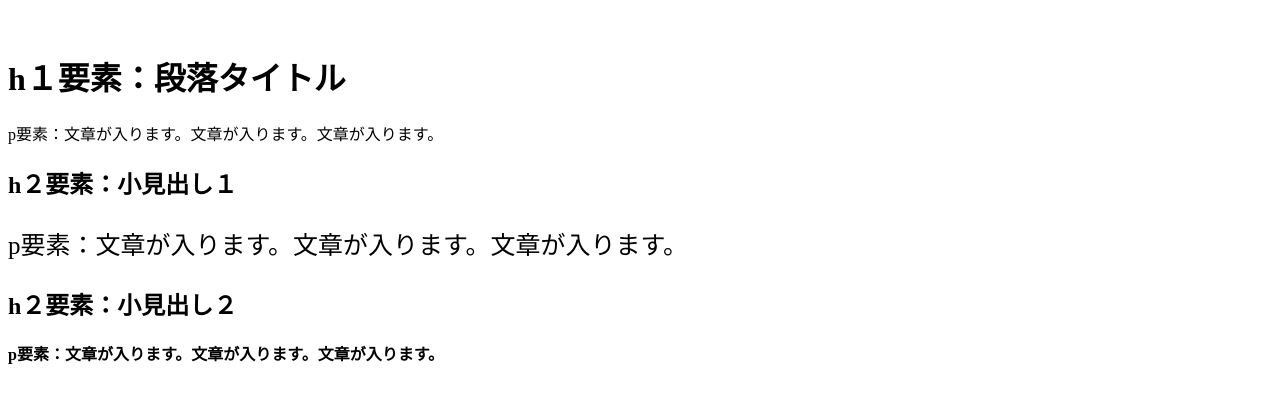
Repository: hatatatedai/samurai_HTML-CSS
Page: index3.html
The author's editor kept a record of every edit. The page is drawn from the files as they stood at one moment, then again after the next edit.
The browser window is 1280 px wide. The pictures show the whole page.

Above is the page before.

### index3.html
<!DOCTYPE html>
<html lang="ja">
　<head>
    <meta charset="UTF-8">
    <title>HTML/CSSの学習</title>
    <style>
        #red{
            color: red;
        }
    </style>
　</head>
　<body>
    <h1>h１要素：段落タイトル</h1>
    <p>p要素：文章が入ります。文章が入ります。文章が入ります。</p>
    <h2>h２要素：小見出し１</h2>
    <p style="font-size: 25px;">
       p要素：文章が入ります。文章が入ります。文章が入ります。</p>
    <h2>h２要素：小見出し２</h2>
    <p style="font-weight: bold;">
       p要素：文章が入ります。文章が入ります。文章が入ります。</p>
　</body>
</html>

After the next edit:
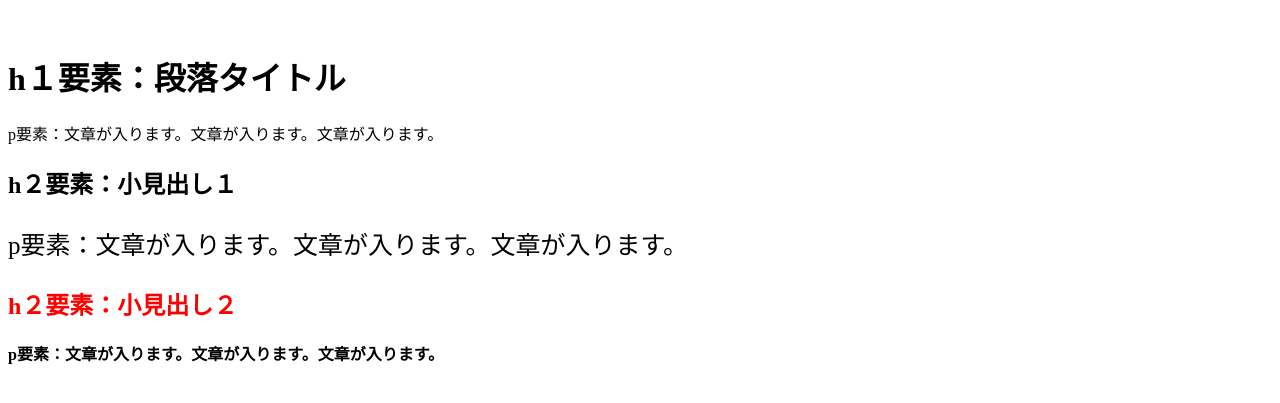
The edit:
--- a/index3.html
+++ b/index3.html
@@ -15,7 +15,7 @@
     <h2>h２要素：小見出し１</h2>
     <p style="font-size: 25px;">
        p要素：文章が入ります。文章が入ります。文章が入ります。</p>
-    <h2>h２要素：小見出し２</h2>
+    <h2 id="red">h２要素：小見出し２</h2>
     <p style="font-weight: bold;">
        p要素：文章が入ります。文章が入ります。文章が入ります。</p>
 　</body>
